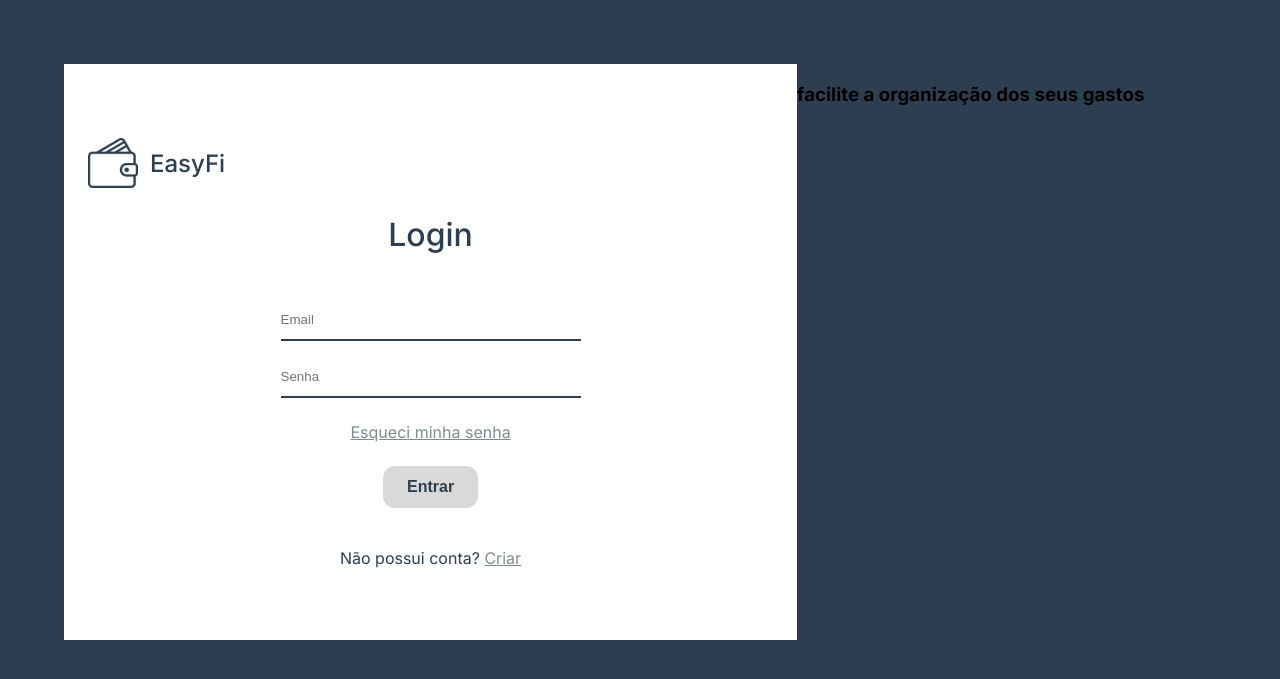
Repository: Ingridiag/projeto-engenharia
Page: login.html
The author's editor kept a copy of each file at every save. The page is drawn from the files as they stood at one save, then again after the next save.
The browser window is 1280 px wide. The pictures show the whole page.

Above is the page before, as saved 2024-10-28 17:26:19.

After the next save:
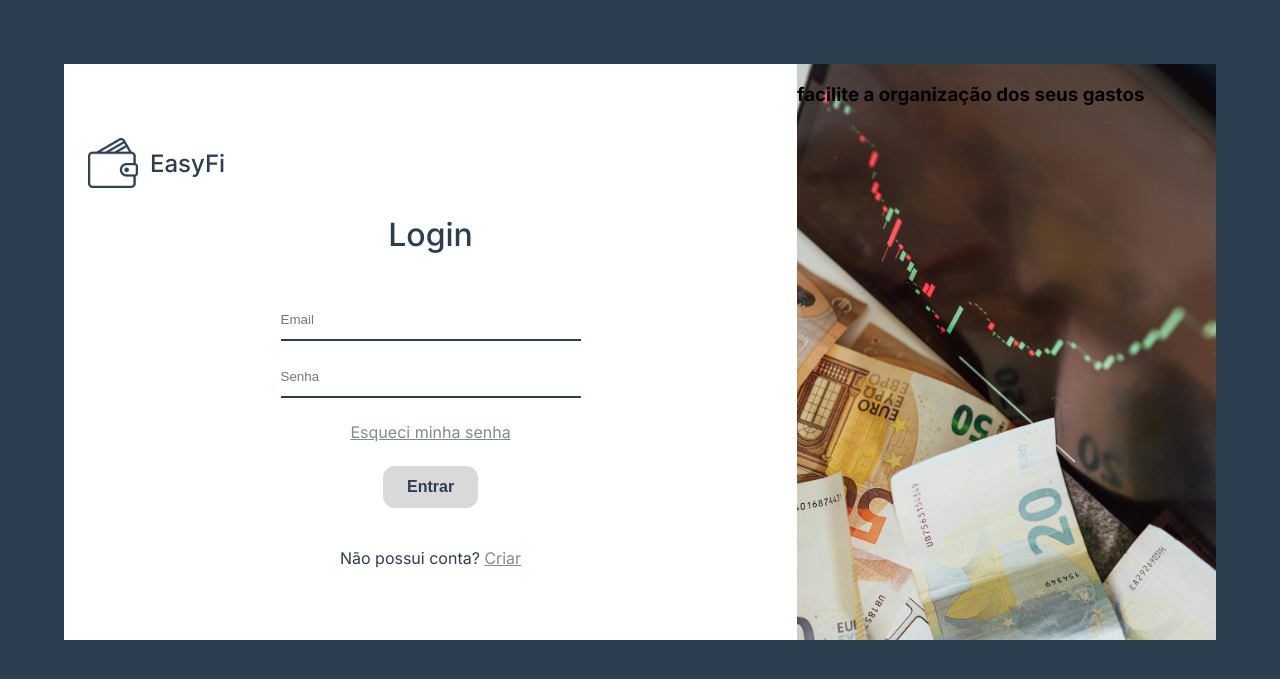
Saved 68 s later.
--- a/style.css
+++ b/style.css
@@ -101,7 +101,7 @@ body {
 .decor{
   width: 40%;
   height: 80vh;
-  background: linear-gradient(rgba(196, 196, 196, 0.5), rgba(255, 255, 255, 0.5)), url(imagens/background-imgen.png);
+  background: url(imagens/background-imgen.png);
   background-position: 50% 50%;
   background-size: cover;
 }
